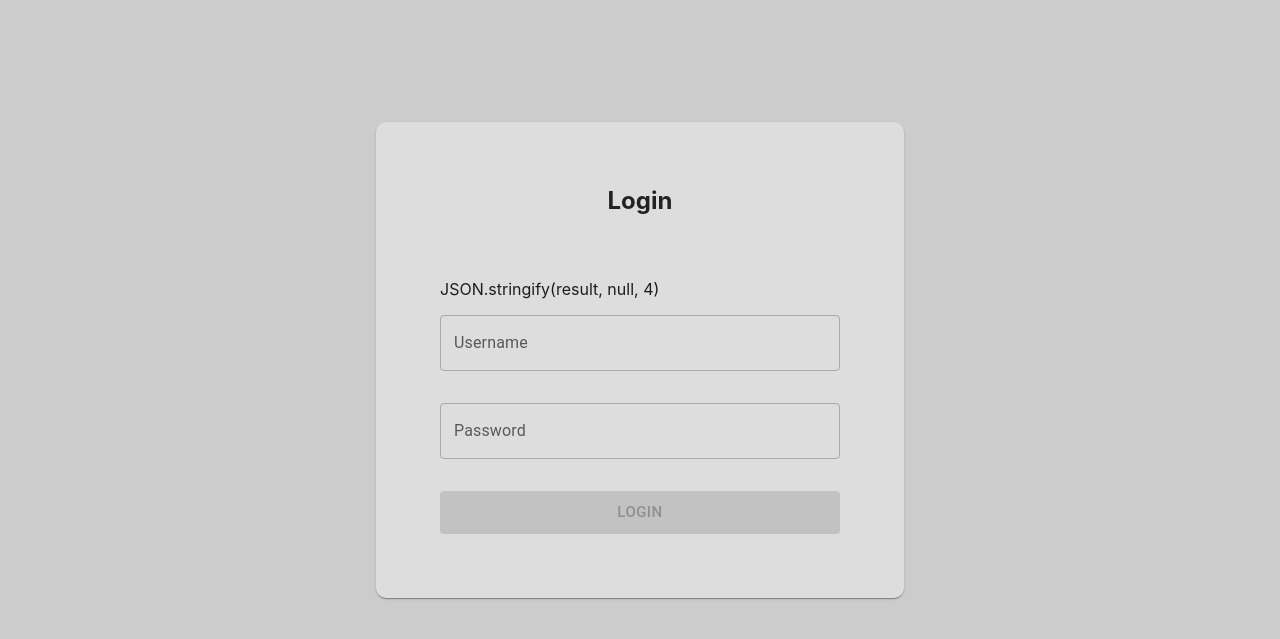
Repository: devhalo21028/learn-react
Page: /login (app in end-to-end-test/my-app/)
The author's editor kept a copy of each file at every save. The page is drawn from the files as they stood at one save, then again after the next save.
The browser window is 1280 px wide. The pictures show the whole page.
The page's requests for data from a server got no answer. The project was rebuilt for these pictures with package versions that can differ from the ones it lists, and the page was loaded fresh each time. No one was signed in, and anything a server would have sent is missing. Also part of the build but not shown: end-to-end-test/my-app/src/general/components/Welcome/Welcome.tsx, end-to-end-test/my-app/src/auth/components/RequireAuth/RequireAuth.tsx.

Above is the page before, as saved 2022-01-18 19:07:18.

After the next save:
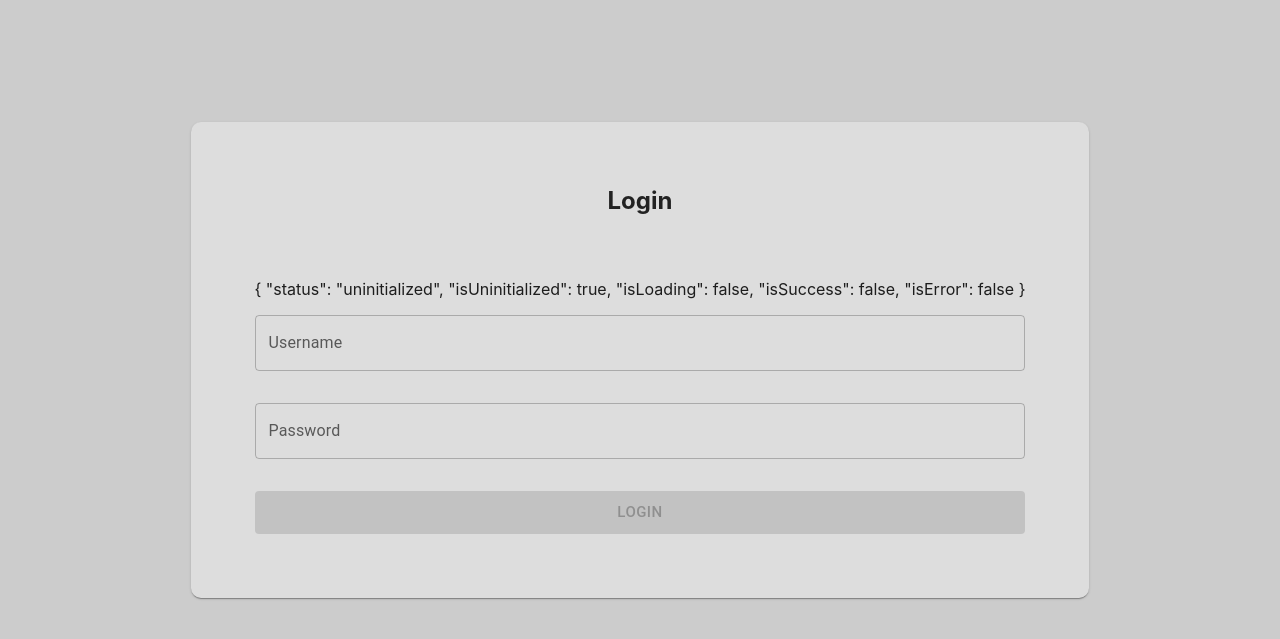
Saved 4 s later.
--- a/end-to-end-test/my-app/src/auth/components/Login/Login.tsx
+++ b/end-to-end-test/my-app/src/auth/components/Login/Login.tsx
@@ -43,7 +43,7 @@ export default function Login() {
           Login
         </h1>
         <p>
-          JSON.stringify(result, null, 4)
+          {JSON.stringify(result, null, 4)}
         </p>
         <LoginForm
           onSubmit={handleFormSubmit}
